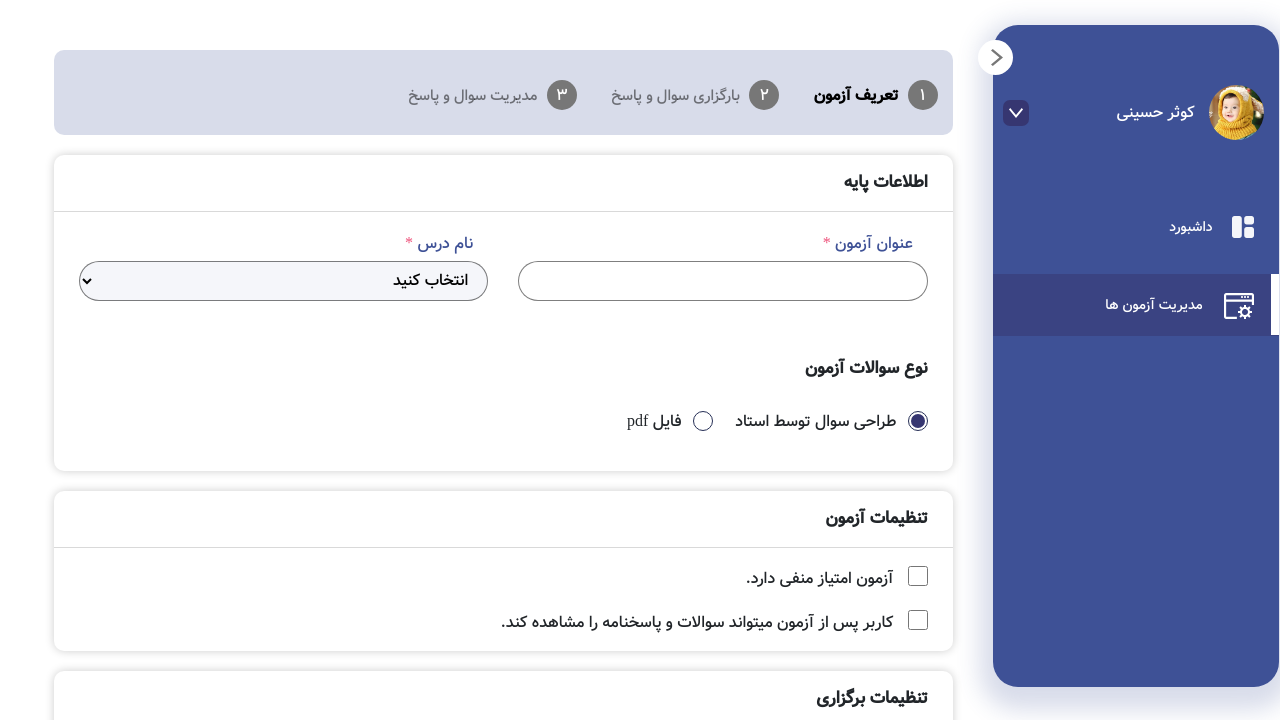
Repository: kosar78/quiz-online
Page: teacher-panel-create-test.html
The author's editor kept a copy of each file at every save. The page is drawn from the files as they stood at one save, then again after the next save.
The browser window is 1280 px wide. The pictures show the whole page.
An inner scrolling area shows only its first screen.

Above is the page before, as saved 2021-12-02 23:57:56.

After the next save:
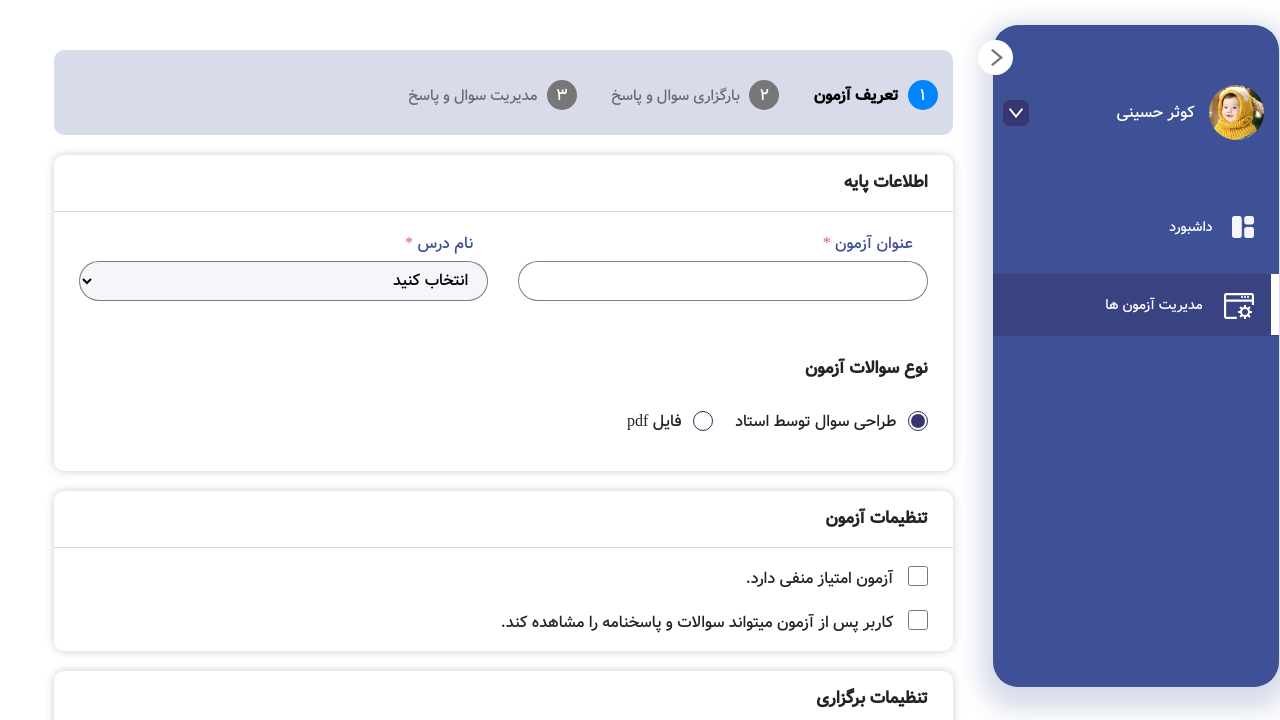
Saved 16 s later.
--- a/css/teacher-panel-create-test.css
+++ b/css/teacher-panel-create-test.css
@@ -267,5 +267,5 @@
     color: #000;
 }
 .active-step .step-number{
-    background-color: ;
-}
+    background-color: #0085FF;
+}
